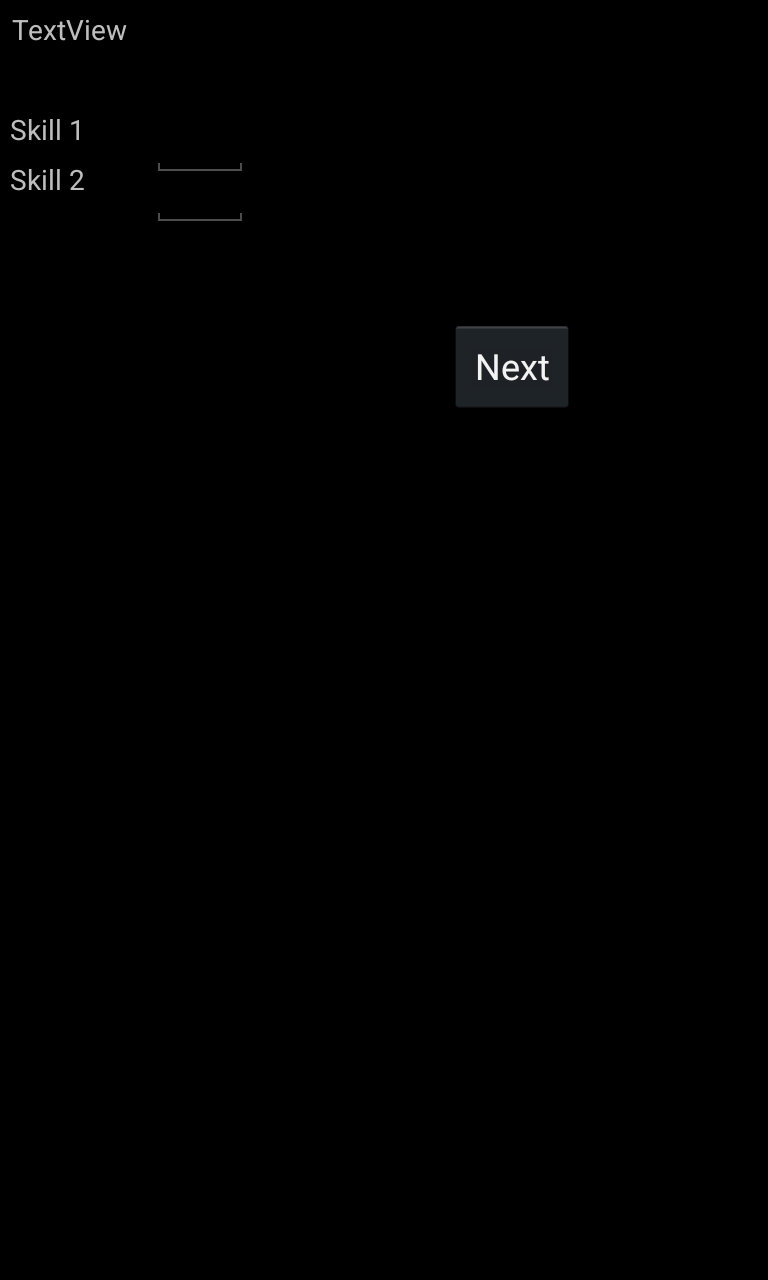
Repository: MobileAffairsLTD/AndroidDemos
Layout: 2.UI_Toast_Alert/res/layout/main.xml
The author's editor kept a copy of each file at every save. The layout is drawn from the files as they stood at one save, then again after the next save.
It is drawn on a 768 x 1280 px phone screen (xhdpi) without system bars, with theme android:Theme.Holo; the app's code is not run.

Above is the layout before, as saved 2012-04-17 21:40:01.

### 2.UI_Toast_Alert/res/layout/main.xml
	<AbsoluteLayout xmlns:android="http://schemas.android.com/apk/res/android"
	    android:layout_width="fill_parent"
	    android:layout_height="fill_parent">

	    <TextView
	        android:id="@+id/position"
	        android:layout_width="wrap_content"
	        android:layout_height="wrap_content"
	        android:layout_x="10px"
	        android:layout_y="110px"
	        android:text="Skill 1" />

	    <EditText
	    	android:layout_x="150px"
	    	android:layout_y="100px"
	    	android:width="100px"
	    	android:layout_width="wrap_content"
	    	android:layout_height="wrap_content" />
	    <TextView
	    	android:layout_x="10px"
	    	android:layout_y="160px"
	    	android:text="Skill 2"
	    	android:layout_width="wrap_content"
	    	android:layout_height="wrap_content" />
	    	<EditText
	    	android:layout_x="150px"
	    	android:layout_y="150px"
	    	android:width="100px"
	    	android:layout_width="wrap_content"
	    	android:layout_height="wrap_content" />
	    	<Button
	    	    android:id="@+id/nextbutton"
	    	    android:layout_width="wrap_content"
	    	    android:layout_height="wrap_content"
	    	    android:layout_x="224dp"
	    	    android:layout_y="159dp"
	    	    android:text="Next" />


	    	<TextView
	    	    android:id="@+id/personPosition"
	    	    android:layout_width="match_parent"
	    	    android:layout_height="wrap_content"
	    	    android:layout_x="6dp"
	    	    android:layout_y="5dp"
	    	    android:text="TextView" />

	</AbsoluteLayout>

After the next save:
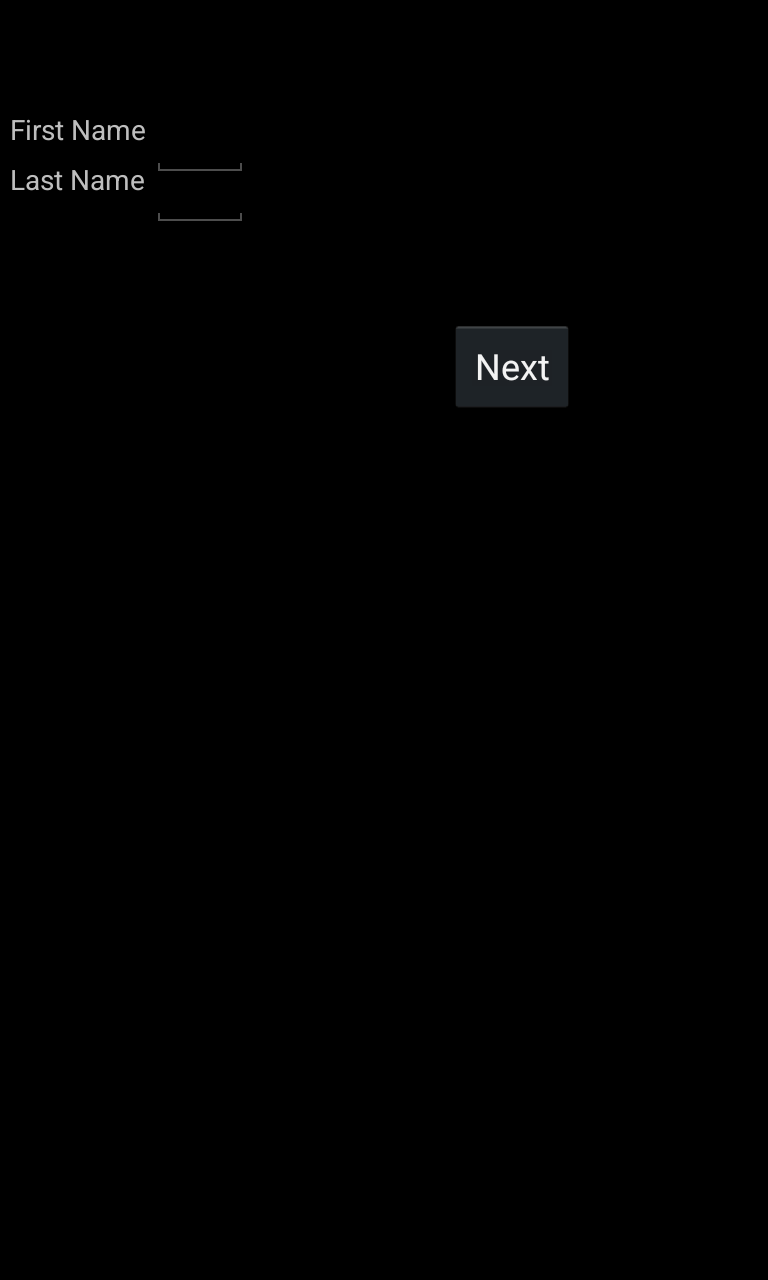
Saved 6 min 21 s later.
--- a/2.UI_Toast_Alert/res/layout/main.xml
+++ b/2.UI_Toast_Alert/res/layout/main.xml
@@ -1,15 +1,12 @@
-	<AbsoluteLayout xmlns:android="http://schemas.android.com/apk/res/android"
+<AbsoluteLayout xmlns:android="http://schemas.android.com/apk/res/android"
 	    android:layout_width="fill_parent"
 	    android:layout_height="fill_parent">
-
 	    <TextView
-	        android:id="@+id/position"
-	        android:layout_width="wrap_content"
-	        android:layout_height="wrap_content"
-	        android:layout_x="10px"
-	        android:layout_y="110px"
-	        android:text="Skill 1" />
-
+	    	android:layout_x="10px"
+	    	android:layout_y="110px"
+	    	android:text="First Name"
+	    	android:layout_width="wrap_content"
+	    	android:layout_height="wrap_content" />
 	    <EditText
 	    	android:layout_x="150px"
 	    	android:layout_y="100px"
@@ -19,7 +16,7 @@
 	    <TextView
 	    	android:layout_x="10px"
 	    	android:layout_y="160px"
-	    	android:text="Skill 2"
+	    	android:text="Last Name"
 	    	android:layout_width="wrap_content"
 	    	android:layout_height="wrap_content" />
 	    	<EditText
@@ -35,14 +32,4 @@
 	    	    android:layout_x="224dp"
 	    	    android:layout_y="159dp"
 	    	    android:text="Next" />
-
-
-	    	<TextView
-	    	    android:id="@+id/personPosition"
-	    	    android:layout_width="match_parent"
-	    	    android:layout_height="wrap_content"
-	    	    android:layout_x="6dp"
-	    	    android:layout_y="5dp"
-	    	    android:text="TextView" />
-
 	</AbsoluteLayout>
